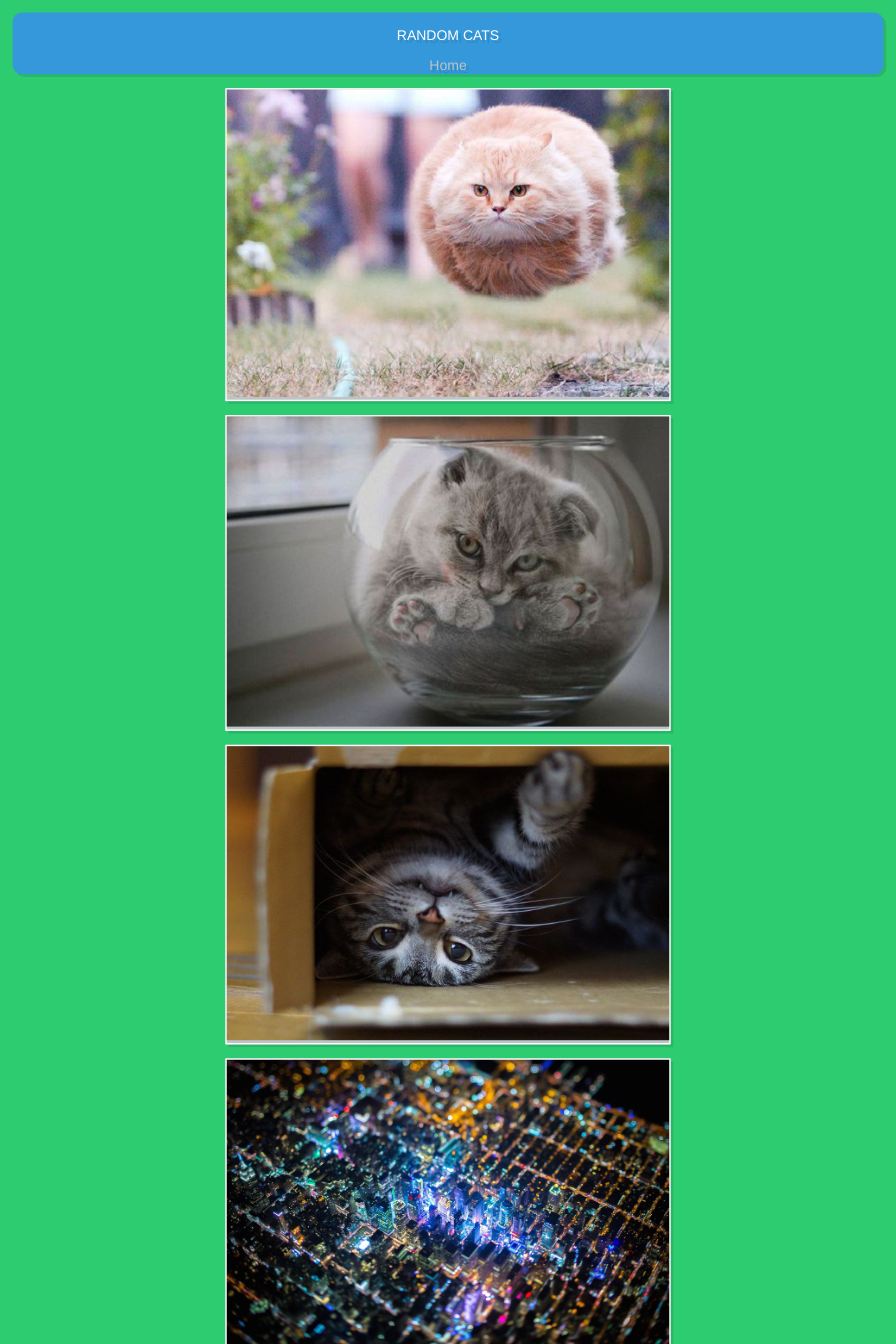
Repository: Milineam6162/workspace
Page: workspace 3/html/third.html
The author's editor kept a record of every edit. The page is drawn from the files as they stood at one moment, then again after the next edit.
The browser window is 1280 px wide. The pictures show the part of the page from y = 0 to 1920 px (the page is 2685 px tall before and 2790 px after), at 70% of full size.

Above is the page before.

### workspace 3/html/third.html
<!DOCTYPE html>
<html>
    <head>
        <title> Third Page</title>
        <link rel="stylesheet" href="../css/page3.css" type="text/css" />
    </head>
    <body>
   <div class="container c1">

       <div class="header he1">
            <p> RANDOM CATS </p>
        <a href="front.html">Home</a>
    </div>


   </div>
    <div class="bodycon">
        <div class="container c2">

       <div class="bd1">
            <img src="../images/cat1.jpg"/>
    </div>
     </div>


    <div class="container c2">

       <div class="bd1">
            <img src="../images/cat2.jpg"/>
    </div>
    </div>
    <div class="container c2">

       <div class="bd1">
            <img src="../images/cats3.jpg"/>
    </div>
    </div>
    <div class="container c2">

       <div class="bd1">
            <img src="../images/city.jpg"/>
    </div>
    </div>
    <div class="container c2">

       <div class="bd1">
            <img src="../images/random.jpg"/>
    </div>
    </div>
    <div class="container c2">

       <div class="bd1">
            <img src="../images/bird1.jpg"/>
    </div>
    </div>



    </body>
</html>

### workspace 3/css/page3.css
.header {
    font-family:helvetica;
    color:white;
    text-align:center;
    text-shadow: 4px 4px 0 rgba(0,0,0,0.1);
    padding:1px;
    font-size:20px;
    margin:10px;
    box-shadow: 4px 4px 0 rgba(0,0,0,0.1);
    border-radius:13px;
    width:100%;
}
a:link {
    text-decoration: none;

}
a {
    color:#bdc3c7;;
}
a:hover {
    text-decoration:underline;
}
.he1 {
    background-color: #3498db;
}
img {
    width:100%;


}


.c2 {
    padding:0px;
    margin:10px;
    width:50%;
    background-color:#bdc3c7;
    border:2px solid white;
    box-shadow: 4px 4px 0 rgba(0,0,0,0.1);
}
.bd1 {
    padding:0px;

}
.bodycon {
display:flex;
justify-content:center;
flex-wrap:wrap;
}
body {
    background-color:#2ecc71;
}
.c1 {
    display:flex;

}
#homepic {
    width:12%;
}

After the next edit:
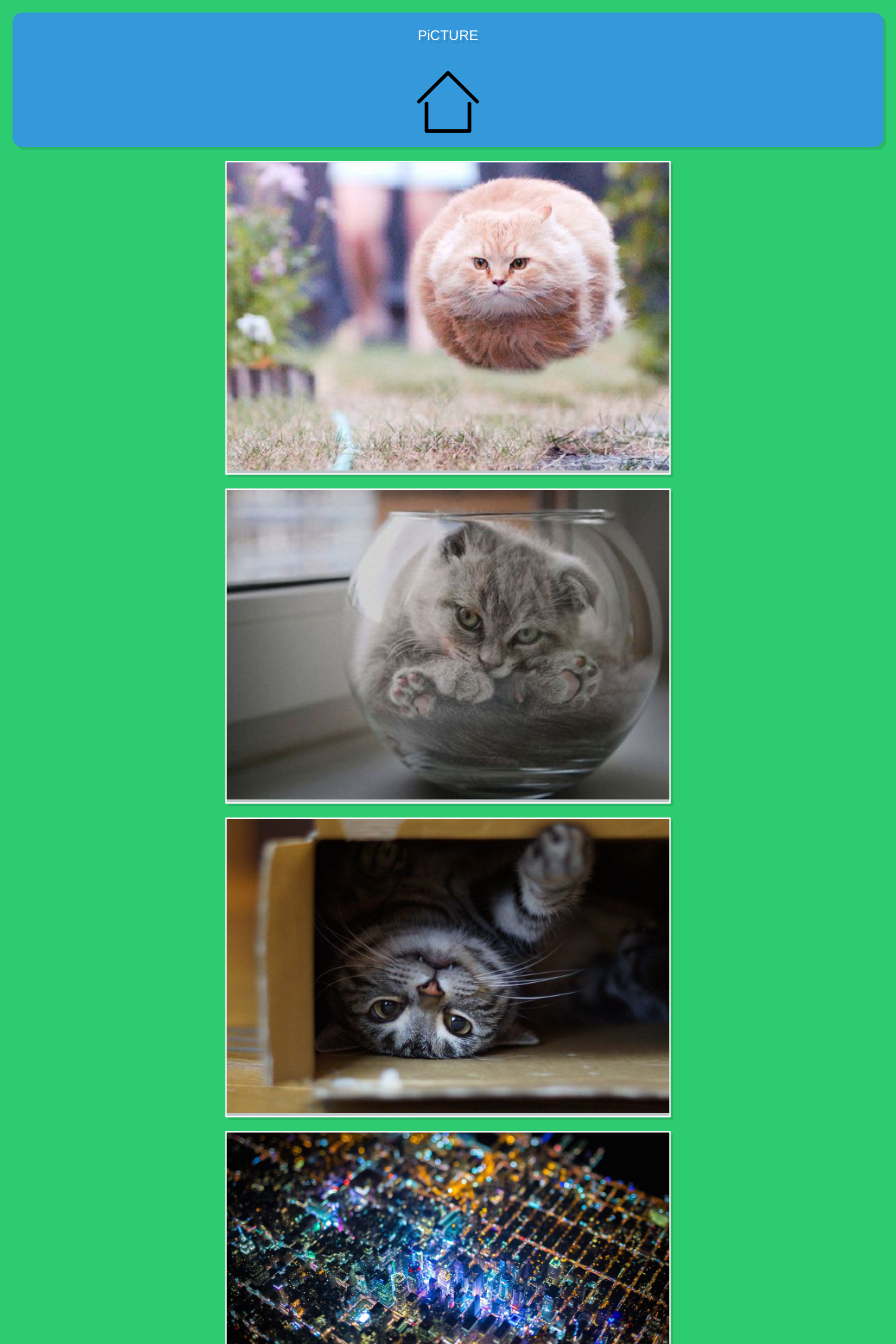
The edit:
--- a/workspace 3/html/third.html
+++ b/workspace 3/html/third.html
@@ -8,8 +8,8 @@
    <div class="container c1">
 
        <div class="header he1">
-            <p> RANDOM CATS </p>
-        <a href="front.html">Home</a>
+            <p> PiCTURE </p>
+        <a href="front1.html"><div> <img id="homepic" src="../images/icon/home.png"></div></a>
     </div>
 
 
